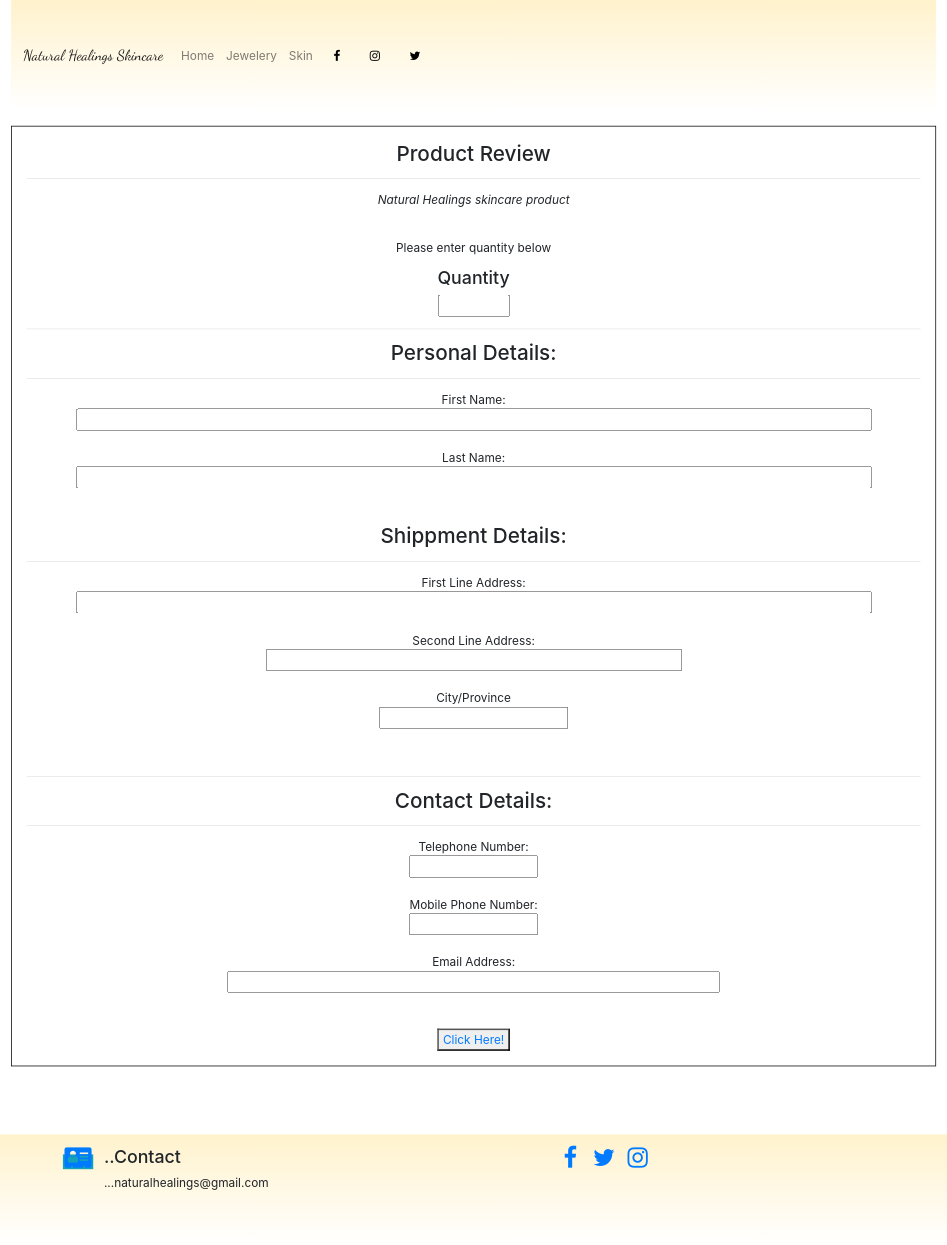
Repository: aliciarawlings/first-milestone
Page: form.html
The author's editor kept a record of every edit. The page is drawn from the files as they stood at one moment, then again after the next edit.
The browser window is 1280 px wide. The pictures show the whole page, at 74% of full size.
Some web fonts or font styles are not loaded; a fallback is used.

Above is the page before.

After the next edit:
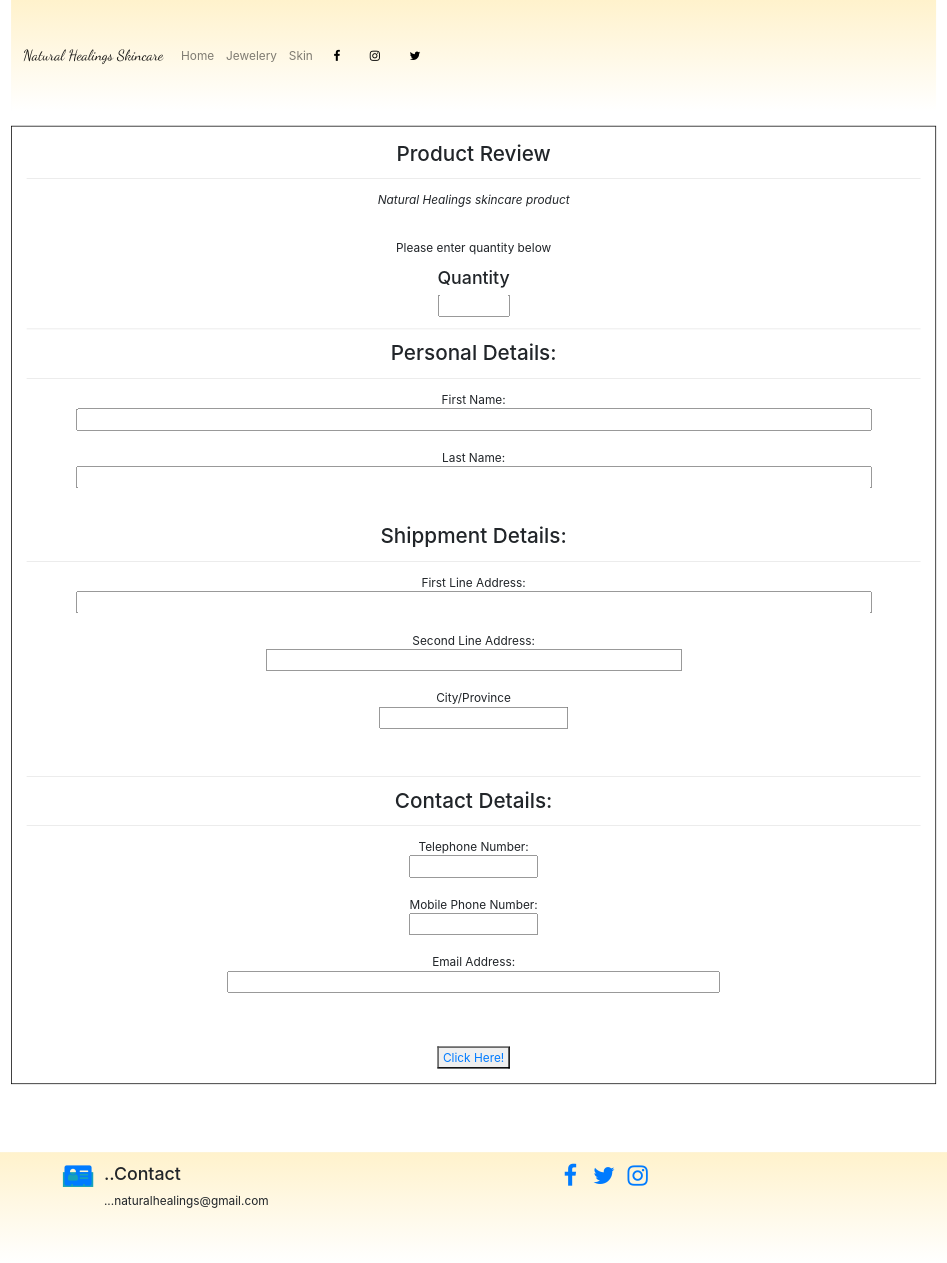
The edit:
--- a/form.html
+++ b/form.html
@@ -97,7 +97,7 @@
       <input type="tel" size="12" name="Mobile Number"><br><br>
 
       Email Address:<br>
-      <input type="email" size="60" name="email"><br>
+      <input type="email" size="60" name="email"><br><br>
       <br>
       <br>
 
